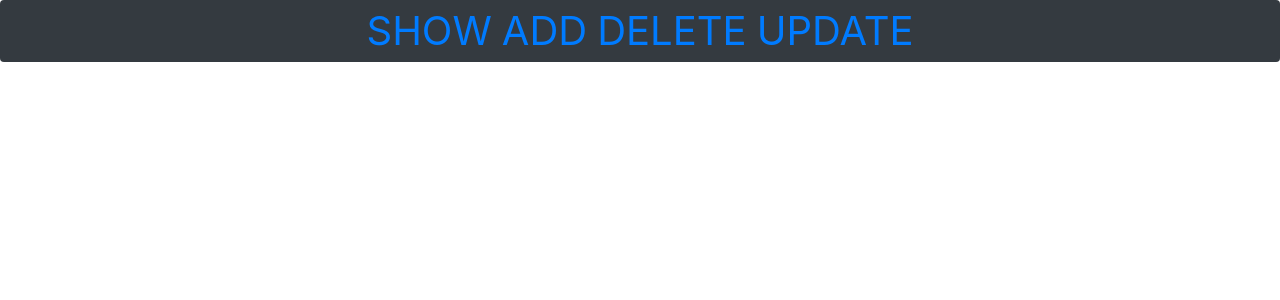
Repository: jalaj2123/SPRING-ORM
Page: Webap/src/main/webapp/home.html
The author's editor kept a copy of each file at every save. The page is drawn from the files as they stood at one save, then again after the next save.
The browser window is 1280 px wide. The pictures show the whole page.

Above is the page before, as saved 2022-03-17 08:25:47.

### Webap/src/main/webapp/home.html
<!DOCTYPE html>
<html>
<head>
<title>Insert title here</title>


<meta charset="utf-8">
<style>
a
{
font-size:40px
}

</style>


<meta name="viewport" content="width=device-width, initial-scale=1">
 <link rel="stylesheet" href="https://maxcdn.bootstrapcdn.com/bootstrap/3.4.1/css/bootstrap.min.css">
  <meta name="viewport" content="width=device-width, initial-scale=1">
  <link rel="stylesheet" href="https://cdn.jsdelivr.net/npm/bootstrap@4.6.1/dist/css/bootstrap.min.css">
  <script src="https://cdn.jsdelivr.net/npm/jquery@3.6.0/dist/jquery.slim.min.js"></script>
  <script src="https://cdn.jsdelivr.net/npm/popper.js@1.16.1/dist/umd/popper.min.js"></script>
  <script src="https://cdn.jsdelivr.net/npm/bootstrap@4.6.1/dist/js/bootstrap.bundle.min.js"></script>
  </head>
  <body>
  <header>
<nav class="navbar navbar-expand-sm bg-dark justify-content-center">
  <ul class="navbar-nav">
    <li class="nav-item active">
      <a class="nav-link" href="index.html">SHOW</a>
    </li>
    <li class="nav-item">
      <a class="nav-link" href="insert.html">ADD</a>
    </li>
    <li class="nav-item">
      <a class="nav-link" href="delete">DELETE</a>
    </li>
    <li class="nav-item">
      <a class="nav-link " href="Update.html">UPDATE</a>
    </li>
  </ul>
  </nav>
  </header>
</body>
</html>

After the next save:
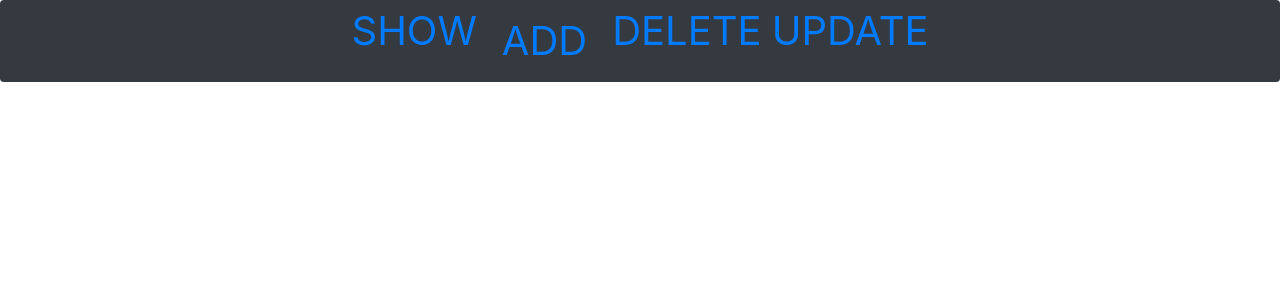
Saved 19 min 49 s later.
--- a/Webap/src/main/webapp/home.html
+++ b/Webap/src/main/webapp/home.html
@@ -25,12 +25,13 @@ font-size:40px
   <body>
   <header>
 <nav class="navbar navbar-expand-sm bg-dark justify-content-center">
+ <div class="row">
   <ul class="navbar-nav">
     <li class="nav-item active">
       <a class="nav-link" href="index.html">SHOW</a>
     </li>
     <li class="nav-item">
-      <a class="nav-link" href="insert.html">ADD</a>
+       <div class="col-sm-3"><a class="nav-link" href="insert.html">ADD</a></div>
     </li>
     <li class="nav-item">
       <a class="nav-link" href="delete">DELETE</a>
@@ -38,8 +39,11 @@ font-size:40px
     <li class="nav-item">
       <a class="nav-link " href="Update.html">UPDATE</a>
     </li>
+
   </ul>
+  </div>
   </nav>
+
   </header>
 </body>
 </html>
